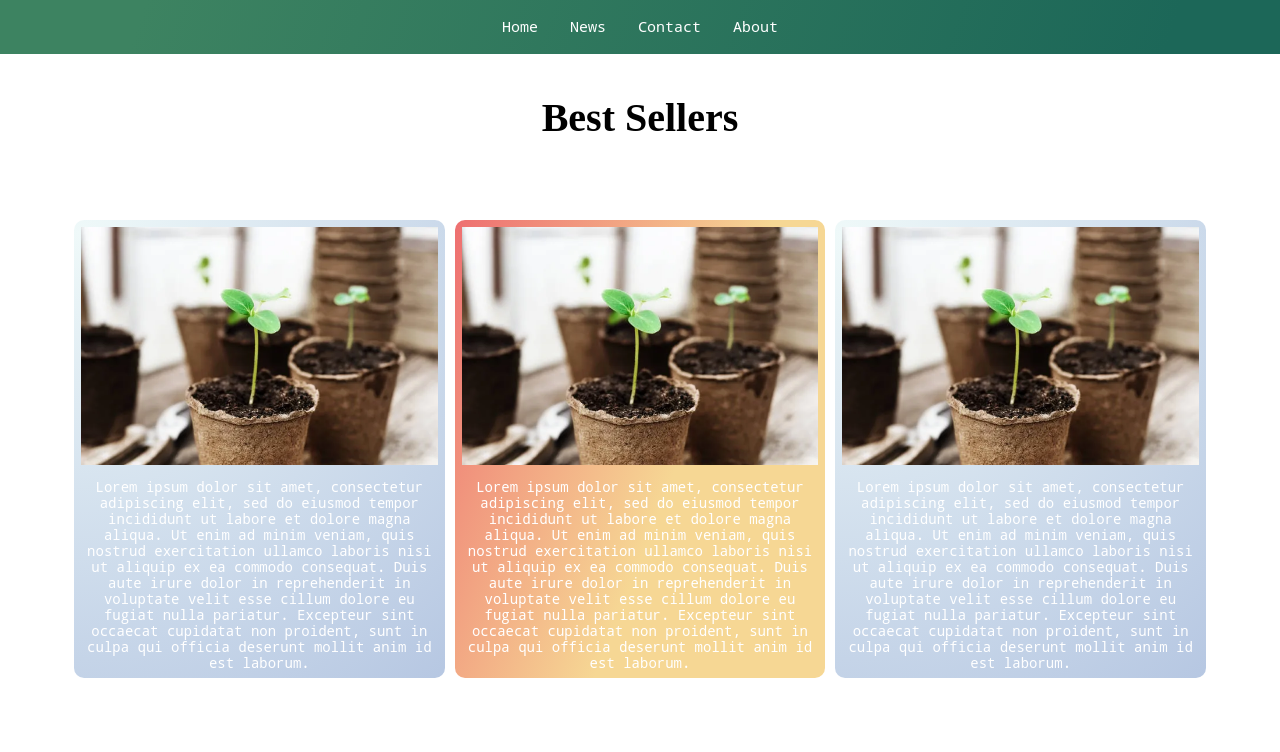
Repository: Flexo874/ISITECH-HTML-CSS
Page: index.html
An editor plug-in stored every save of this project. The page is shown before and after the next save, followed by the edit.
The browser window is 1280 px wide. The pictures show the whole page.

Above is the page before, as saved 2024-01-02 14:44:56.

After the next save:
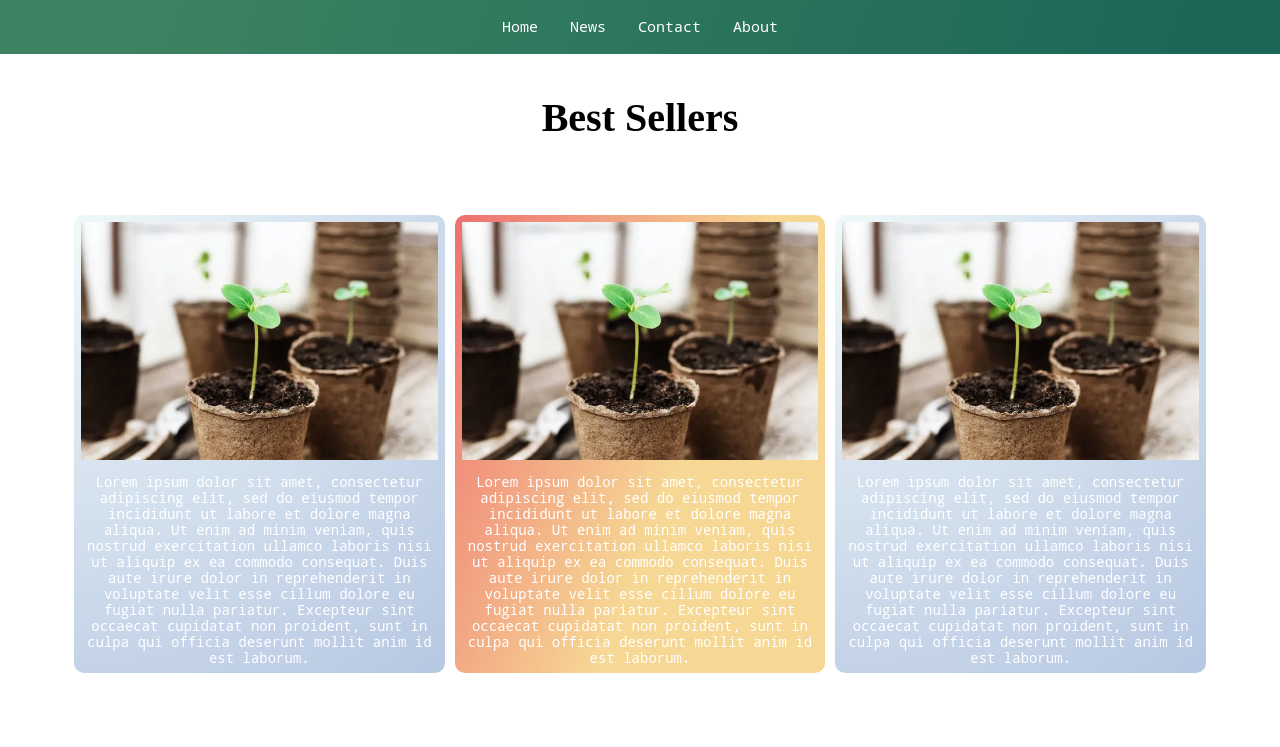
Saved 7 s later.
--- a/style.css
+++ b/style.css
@@ -59,7 +59,7 @@ h1 {
     grid-auto-rows: minmax(300px, auto);
     gap: 10px;
     padding: 10px;;
-    padding-top: 5px;
+    padding-top: 0px;
     margin: 5%;
 }
 
